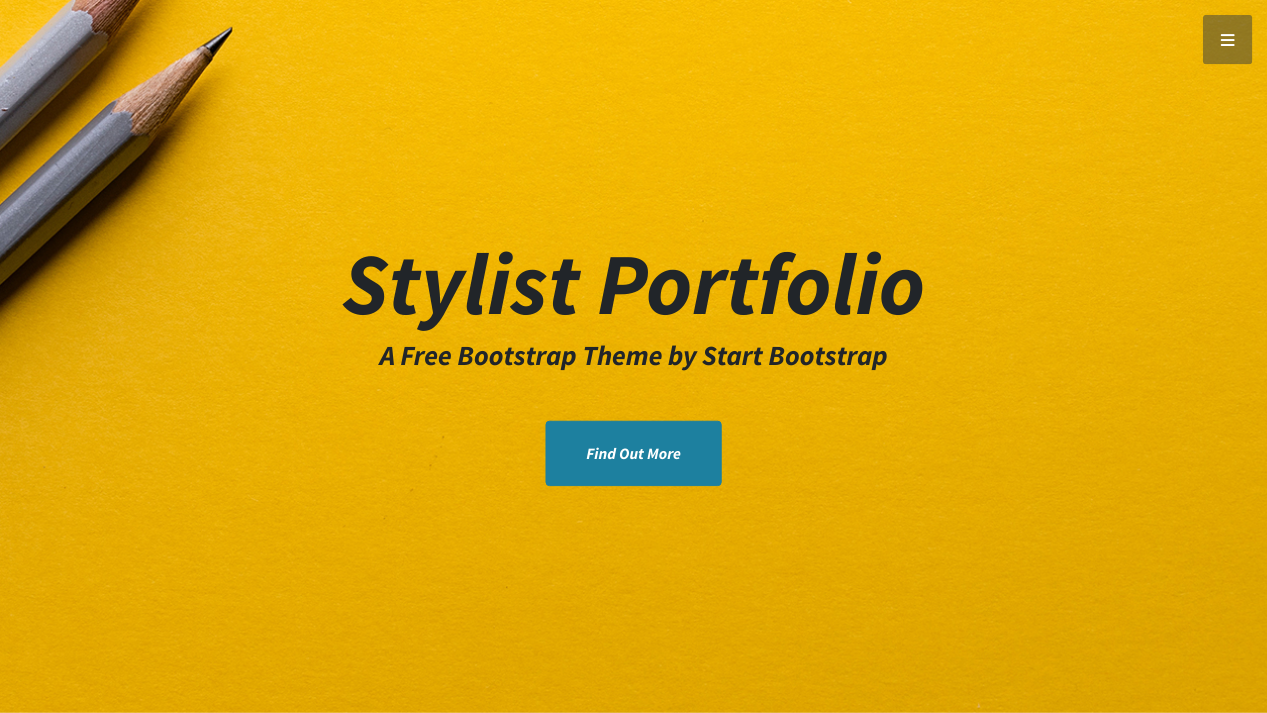
Repository: hoangpino/VE_FE_FrameWork_005
Page: lab06/index.html
An editor plug-in stored every save of this project. The page is shown before and after the next save, followed by the edit.
The browser window is 1280 px wide. The pictures show the whole page, at 99% of full size.

Above is the page before, as saved 2021-10-02 20:08:01.

After the next save:
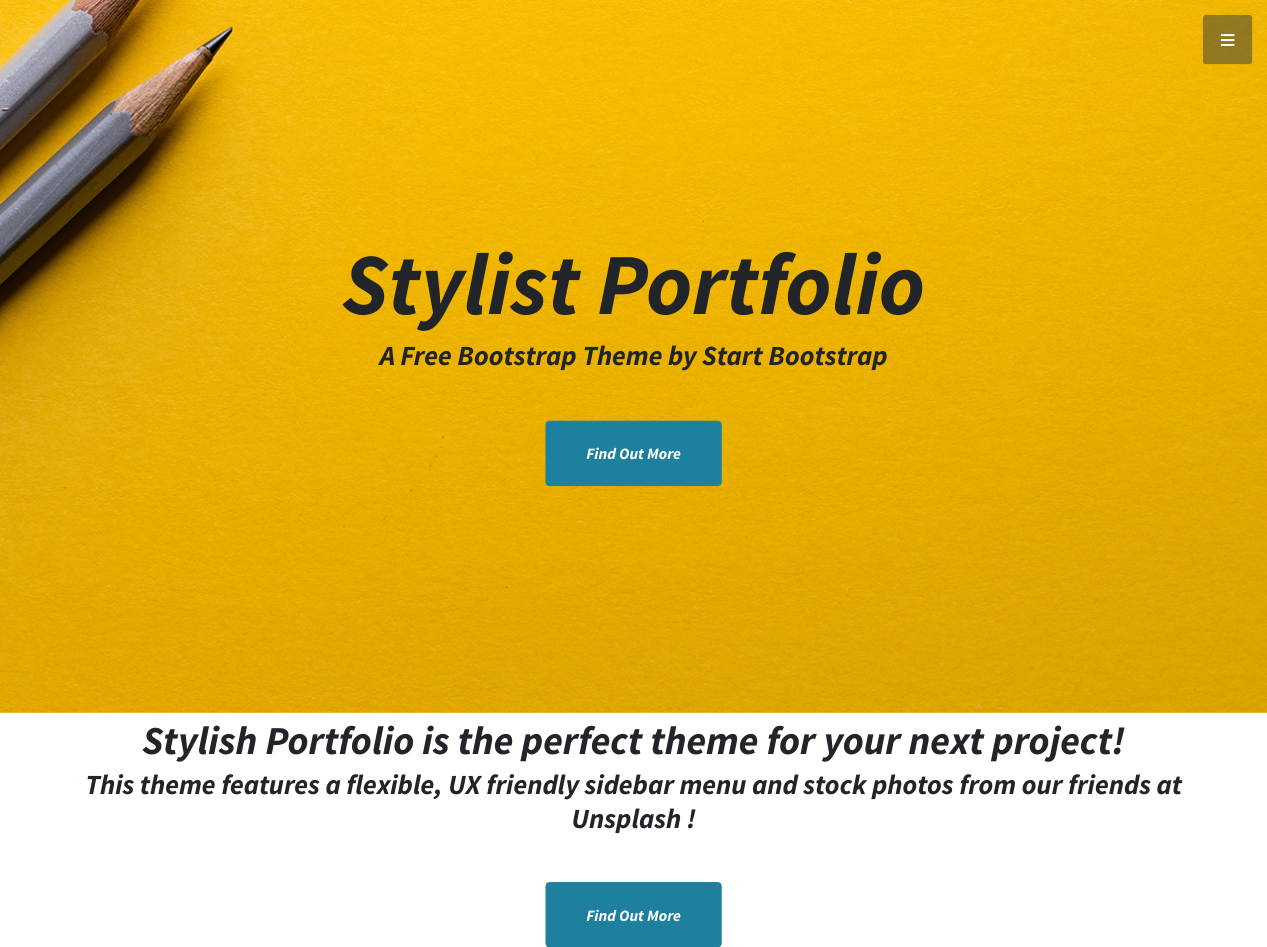
Saved 83 s later.
--- a/lab06/index.html
+++ b/lab06/index.html
@@ -54,7 +54,14 @@
     </header>
 
     <!-- About -->
-
+    <section class="d-flex align-items-center" id="home">
+        <div class="container text-center">
+            <h1 class="m-1">Stylish Portfolio is the perfect theme for your next project!</h1>
+            <h3 class="mb-5">This theme features a flexible, UX friendly sidebar menu and stock
+                photos from our friends at Unsplash !</h3>
+            <a href="" class="btn btn-primary btn-xl">Find Out More</a>
+        </div>
+    </section>
     <script src="https://cdn.jsdelivr.net/npm/bootstrap@5.1.1/dist/js/bootstrap.bundle.min.js"
         integrity="sha384-/bQdsTh/da6pkI1MST/rWKFNjaCP5gBSY4sEBT38Q/9RBh9AH40zEOg7Hlq2THRZ"
         crossorigin="anonymous"></script>
